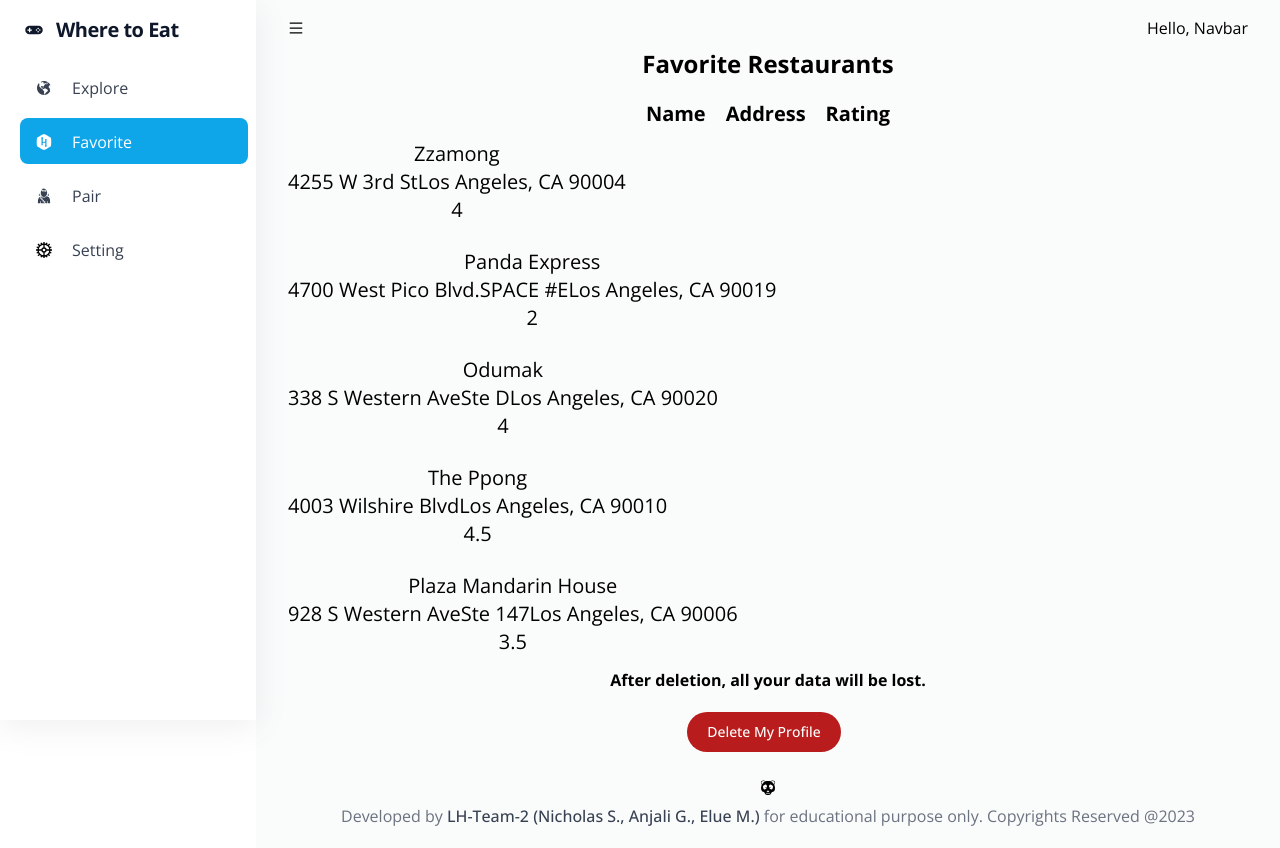
Repository: n-shen/where-to-eat
Page: /favorite (app in client/)
The author's editor kept a copy of each file at every save. The page is drawn from the files as they stood at one save, then again after the next save.
The browser window is 1280 px wide. The pictures show the whole page.
The page's requests for data from a server got no answer. The project was rebuilt for these pictures with package versions that can differ from the ones it lists, and the page was loaded fresh each time. No one was signed in, and anything a server would have sent is missing. Also part of the build but not shown: client/src/data/cities.js, client/src/components/SearchForm.jsx, client/src/components/SearchResult.jsx, client/src/components/room.jsx, client/src/components/Room/Chat.jsx, client/src/components/Room/Selection.jsx, client/src/components/Room/Intro.jsx, client/src/components/Room/Game.jsx and 5 more.

Above is the page before, as saved 2023-05-05 20:05:50.

### client/src/index.js
import React from "react";
import ReactDOM from "react-dom/client";
import "./index.css";
import App from "./App";
import { ContextProvider } from "./contexts/ContextProvider";

const root = ReactDOM.createRoot(document.getElementById("root"));
root.render(
  <ContextProvider>
    <App />
  </ContextProvider>
);

### client/src/index.css
@import url('https://fonts.googleapis.com/css2?family=Open+Sans:wght@400;500;600;700&display=swap');

body {
  margin: 0;
  padding:0;
  font-family: "Open Sans", sans-serif;
}

@tailwind base;
@tailwind components;
@tailwind utilities;

### client/src/App.js
import React, { useEffect } from "react";
import { BrowserRouter, Routes, Route } from "react-router-dom";

import { Navbar, Sidebar, RoomPage } from "./components";
import {Favorite, Home} from "./pages";

import { useStateContext } from "./contexts/ContextProvider";
import "./App.css";

// import axios from "axios";

function App() {
  const { shared_info, activeMenu } = useStateContext();

  // const baseURL = shared_info.baseURL;

  return (
      <div>
        <BrowserRouter>
          <div className="flex relative dark:bg-main-dark-bg">
            {activeMenu ? (
                <div className="w-64 fixed sidebar dark:bg-secondary-dark-bg bg-white">
                  <Sidebar />
                </div>
            ) : (
                <div className="w-0 dark:bg-secondary-dark-bg">
                  <Sidebar />
                </div>
            )}

            <div
                className={`dark:bg-main-bg bg-main-bg min-h-screen w-full ${
                    activeMenu ? "md:ml-64" : " flex-2"
                }`}
            >
              <div className="fixed md:static bg-main-bg dark:bg-main-dark-bg navbar w-full">
                <Navbar />
              </div>

              <div>
                <Routes>
                  <Route path="/" element={<Home />}></Route>
                  <Route path="/favorite" element={<Favorite />}></Route>
                  <Route path="/room" element={<RoomPage />}></Route>
                </Routes>
              </div>
            </div>
          </div>
        </BrowserRouter>
      </div>
  );
}

export default App;

### client/src/contexts/ContextProvider.jsx
import React, { createContext, useContext, useState } from "react";
import { io } from "socket.io-client";

const StateContext = createContext();

const shared_info = {
  serverURL: "http://localhost:8080",
  apiURL: "http://localhost:8080/api/v1",
};

const socket = io(shared_info.serverURL);

export const ContextProvider = ({ children }) => {
  const [screenSize, setScreenSize] = useState(undefined);
  const [activeMenu, setActiveMenu] = useState(true);
  const [userProfile, setUserProfile] = useState(undefined);
  const [gameBegin, setGameBegin] = useState(false);
  const [gameIntroBegin, setGameIntroBegin] = useState(false);
  const [selectionBegin, setSelectionBegin] = useState(false);
  const [waiting, setWaiting] = useState(false);
  const [partnerReady, setPartnerReady] = useState(false);
  const [partnerAction, setPartnerAction] = useState("");
  const [displayCross, setDisplayCross] = useState(false);
  const [displayFinal, setDisplayFinal] = useState("");

  const [localStore, setLocalStore] = useState(null);

  const [queryResults, setQueryResults] = useState(null);

  return (
    <StateContext.Provider
      value={{
        socket,
        shared_info,
        userProfile,
        setUserProfile,
        activeMenu,
        setActiveMenu,
        screenSize,
        setScreenSize,
        selectionBegin,
        setSelectionBegin,
        waiting,
        setWaiting,
        gameIntroBegin,
        setGameIntroBegin,
        gameBegin,
        setGameBegin,
        partnerReady,
        setPartnerReady,
        partnerAction,
        setPartnerAction,
        displayCross,
        setDisplayCross,
        displayFinal,
        setDisplayFinal,
        queryResults,
        setQueryResults,
        localStore,
        setLocalStore,
      }}
    >
      {children}
    </StateContext.Provider>
  );
};

export const useStateContext = () => useContext(StateContext);

### client/src/components/index.js
export { default as Navbar } from "./Navbar";
export { default as Sidebar } from "./Sidebar";
export { default as Footer } from "./Footer";
export { default as SearchForm } from "./SearchForm";
export { default as SearchResult } from "./SearchResult";
export { default as RoomPage } from "./room";
export { default as Room } from "./Room/Room";

### client/src/pages/index.jsx
export { default as Home } from "./Home";
export { default as Favorite } from "./Favorite";

### client/src/App.css
.sidebar {
  box-shadow: rgb(113 122 131 / 11%) 0px 7px 30px 0px;
}
.nav-item,
.navbar {
  z-index: 10000;
}
@media  screen and (max-width:800px) {
  .sidebar{
    z-index: 10000000;
  }
}

.e-dlg-center-center, .e-quick-popup-wrapper.e-device{
  z-index: 1000000 !important;
}

::-webkit-scrollbar {
  width: 6px;
}
::-webkit-scrollbar-thumb {
  background-color: rgb(216, 216, 216);
  border-radius: 40px;
}
::-webkit-scrollbar-track {
  background-color: transparent;
}

/* color-picker style  */

#preview {
  background: transparent
  url('https://ej2.syncfusion.com/react/demos/src/color-picker/images/pen.png')
  no-repeat;
  display: inline-block;
  height: 80px;
  margin: 10px 0;
  min-width: 300px;
  max-width: 600px;
  background-color: #008000;
}

.e-input-group:not(.e-float-icon-left), .e-input-group.e-success:not(.e-float-icon-left), .e-input-group.e-warning:not(.e-float-icon-left), .e-input-group.e-error:not(.e-float-icon-left), .e-input-group.e-control-wrapper:not(.e-float-icon-left), .e-input-group.e-control-wrapper.e-success:not(.e-float-icon-left), .e-input-group.e-control-wrapper.e-warning:not(.e-float-icon-left), .e-input-group.e-control-wrapper.e-error:not(.e-float-icon-left){
  border: none;
}

### client/src/components/Navbar.jsx
import React, { useEffect } from "react";
import { useStateContext } from "../contexts/ContextProvider";
import { AiOutlineMenu } from "react-icons/ai";

const Navbar = () => {
    const { activeMenu, setActiveMenu, setScreenSize, screenSize, userProfile } =
        useStateContext();

    useEffect(() => {
        const handleResize = () => setScreenSize(window.innerWidth);

        window.addEventListener("resize", handleResize);

        handleResize();

        return () => window.removeEventListener("resize", handleResize);
    }, [setScreenSize]);

    useEffect(() => {
        if (screenSize <= 900) {
            setActiveMenu(false);
        } else {
            setActiveMenu(true);
        }
    }, [screenSize, setScreenSize, setActiveMenu]);

    const handleActiveMenu = () => setActiveMenu(!activeMenu);

    return (
        <div className="mt-2 flex justify-between p-2 md:ml-6 md:mr-6 relative">
            <button onClick={handleActiveMenu}>
                <AiOutlineMenu />
            </button>
            <div>
                <p className={screenSize >= 900 ? "" : "text-xs"}>Hello, Navbar</p>
                {userProfile && (
                    <div className="flex items-center gap-2 p-1 rounded-lg text-right">
                        <p className={screenSize >= 900 ? "" : "text-xs"}>
                            <span className="text-gray-400 text-14">Hi,</span>{" "}
                            <span className="text-gray-400 font-bold ml-1 text-14">
                {userProfile["name"]}
              </span>{" "}
                            <span className="text-gray-400 text-14">from</span>
                            <span className="text-gray-400 font-bold ml-1 text-14">
                {userProfile["city"]}
              </span>{" "}
                        </p>
                    </div>
                )}
            </div>
        </div>
    );
};

export default Navbar;

### client/src/components/Sidebar.jsx
import React from "react";
import { Link, NavLink } from "react-router-dom";
import { GiEarthAmerica, GiFrankensteinCreature } from "react-icons/gi";
import { GrSettingsOption } from "react-icons/gr";
import { IoLogoGameControllerA } from "react-icons/io";
import { FaHackerrank } from "react-icons/fa";
import { MdOutlineCancel } from "react-icons/md";
import { useStateContext } from "../contexts/ContextProvider";

const Sidebar = () => {
    const { activeMenu, setActiveMenu, screenSize } = useStateContext();

    const handleCloseSideBar = () => {
        if (activeMenu !== undefined && screenSize <= 900) {
            setActiveMenu(false);
        }
    };

    const activeLink =
        "flex items-center gap-5 pl-4 pt-3 pb-2.5 rounded-lg text-white text-md m-2 bg-sky-500/100";
    const normalLink =
        "flex items-center gap-5 pl-4 pt-3 pb-2.5 rounded-lg text-md text-gray-700 dark:text-gray-200 dark:hover:text-black hover:bg-light-gray m-2";

    return (
        <div className="ml-3 h-screen md:overflow-hidden overflow-auto md:hover:overflow-auto pb-10">
            {activeMenu && (
                <>
                    <div className="flex justify-between items-center">
                        <Link
                            to="/"
                            onClick={handleCloseSideBar}
                            className="items-center gap-3 ml-3 mt-4 flex text-xl font-extrabold tracking-tight dart:text-white text-slate-900"
                        >
                            <IoLogoGameControllerA />
                            <span>Where to Eat</span>
                        </Link>

                        <div>
                            <button
                                type="button"
                                onClick={() => setActiveMenu(!activeMenu)}
                                className="text-xl rounded-full p-3 hover:bg-light-gray mt-4 block md:hidden"
                            >
                                <MdOutlineCancel />
                            </button>
                        </div>
                    </div>
                    <div className="mt-5">
                        <NavLink
                            to="/"
                            key="Home"
                            onClick={handleCloseSideBar}
                            className={({ isActive }) => (isActive ? activeLink : normalLink)}
                        >
                            <GiEarthAmerica />
                            <span>Explore</span>
                        </NavLink>

                        <NavLink
                            to="/favorite"
                            key="Favorite"
                            onClick={handleCloseSideBar}
                            className={({ isActive }) => (isActive ? activeLink : normalLink)}
                        >
                            <FaHackerrank />
                            <span>Favorite</span>
                        </NavLink>

                        <NavLink
                            to="/room"
                            key="RoomPage"
                            onClick={handleCloseSideBar}
                            className={({ isActive }) => (isActive ? activeLink : normalLink)}
                        >
                            <GiFrankensteinCreature />
                            <span>Pair</span>
                        </NavLink>

                        <NavLink
                            to="/setting"
                            key="Setting"
                            onClick={handleCloseSideBar}
                            className={({ isActive }) => (isActive ? activeLink : normalLink)}
                        >
                            <GrSettingsOption />
                            <span>Setting</span>
                        </NavLink>
                    </div>
                </>
            )}
        </div>
    );
};

export default Sidebar;

### client/src/components/Footer.jsx
import React from "react";
import { GiPanda } from "react-icons/gi";

const Footer = () => {
    return (
        <div className="mt-5 mb-5 ">
            <div className="flex justify-center mb-2">
                <GiPanda />
            </div>

            <p className="text-center text-gray-500 dark:text-gray-400">
                Developed by{" "}
                <span className="font-medium text-gray-700 dark:text-blue-500 hover:no-underline">
          LH-Team-2 (Nicholas S., Anjali G., Elue M.)
        </span>{" "}
                for educational purpose only. Copyrights Reserved @2023
            </p>
        </div>
    );
};

export default Footer;

### client/src/pages/Favorite.jsx
import React, { useState } from "react";
import { useStateContext } from "../contexts/ContextProvider";
import { Footer } from "../components";
import axios from "axios";

export const restaurants = [
  {
    id: 1,
    name: "Zzamong",
    image:
      "https://s3-media2.fl.yelpcdn.com/bphoto/6AUVIwPCv8wCZ9FYeCfocw/o.jpg",
    address: ["4255 W 3rd St", "Los Angeles, CA 90004"],
    rating: "4",
  },
  {
    id: 2,
    name: "Panda Express",
    image:
      "https://s3-media4.fl.yelpcdn.com/bphoto/44dT6JEXkhMrtUcps1a5jw/o.jpg",
    address: ["4700 West Pico Blvd.", "SPACE #E", "Los Angeles, CA 90019"],
    rating: "2",
  },
  {
    id: 3,
    name: "Odumak",
    image:
      "https://s3-media1.fl.yelpcdn.com/bphoto/hKaezVO6_0F50RXmfH7WBQ/o.jpg",
    address: ["338 S Western Ave", "Ste D", "Los Angeles, CA 90020"],
    rating: "4",
  },
  {
    id: 4,
    name: "The Ppong",
    image:
      "https://s3-media3.fl.yelpcdn.com/bphoto/Li5i5N_Y7VwLTsJvLA2pKw/o.jpg",
    address: ["4003 Wilshire Blvd", "Los Angeles, CA 90010"],
    rating: "4.5",
  },
  {
    id: 5,
    name: "Plaza Mandarin House",
    image:
      "https://s3-media1.fl.yelpcdn.com/bphoto/1nVrf8ItPD0dF_97JGQEzw/o.jpg",
    address: ["928 S Western Ave", "Ste 147", "Los Angeles, CA 90006"],
    rating: "3.5",
  },
];

const Favorite = () => {
  const { shared_info, screenSize, userProfile } = useStateContext();
  const baseURL = shared_info.baseURL;

  return (
    <div className={screenSize >= 900 ? "mt-0" : "mt-16"}>
      <h1 className="text-center font-bold text-2xl mb-5">
        Favorite Restaurants
      </h1>
      <FavoriteList />
      <h2 className="text-center font-bold">
        After deletion, all your data will be lost.
      </h2>
      <div className="flex justify-center">
        <button
          type="button"
          className="mt-5 text-white bg-red-700 hover:bg-red-800 focus:outline-none focus:ring-4 focus:ring-red-300 font-medium rounded-full text-sm px-5 py-2.5 text-center mr-2 mb-2 dark:bg-red-600 dark:hover:bg-red-700 dark:focus:ring-red-900"
        >
          Delete My Profile
        </button>
      </div>

      <Footer />
    </div>
  );
};

export default Favorite;

export const FavoriteList = () => {
  return (
    <div className="">
      <div className="flex flex-wrap items-center justify-center gap-5">
      <h2 className="flex items-center justify-center gap-3 text-xl font-bold text-center">Name</h2>
            <h2 className="flex items-center justify-center gap-3 text-xl font-bold text-center">Address</h2>
            <h2 className="flex items-center justify-center gap-3 text-xl font-bold text-center">Rating</h2>
      </div>
      <div className="flex flex-col items-start justify-center ml-5">
        {restaurants.map((restaurant) => (
          <div
            key={restaurant.id}
            className="flex flex-col items-center justify-center m-3"
          >
            <p
              htmlFor={restaurant.name}
              className="flex items-center justify-center gap-3 text-xl text-center"
            >
              {restaurant.name}
            </p>
            <p
              htmlFor={restaurant.address}
              className="flex items-center justify-center gap-3 text-xl text-center"
            >
              {restaurant.address}
            </p>
            <p
              htmlFor={restaurant.rating}
              className="flex items-center justify-center gap-3 text-xl text-center"
            >
              {restaurant.rating}
            </p>
          </div>
        ))}
      </div>
    </div>
  );
};

### client/tailwind.config.js
/** @type {import('tailwindcss').Config} */
module.exports = {
    content: ["./src/**/*.{js,jsx,ts,tsx}"],
    darkMode: "class",
    theme: {
        fontFamily: {
            display: ["Open Sans", "sans-serif"],
            body: ["Open Sans", "sans-serif"],
        },
        extend: {
            fontSize: {
                14: "14px",
            },
            backgroundColor: {
                "main-bg": "#FAFBFB",
                "main-dark-bg": "#20232A",
                "secondary-dark-bg": "#33373E",
                "light-gray": "#F7F7F7",
                "half-transparent": "rgba(0, 0, 0, 0.5)",
            },
            borderWidth: {
                1: "1px",
            },
            borderColor: {
                color: "rgba(0, 0, 0, 0.1)",
            },
            width: {
                400: "400px",
                760: "760px",
                780: "780px",
                800: "800px",
                1000: "1000px",
                1200: "1200px",
                1400: "1400px",
            },
            height: {
                80: "80px",
            },
            minHeight: {
                590: "590px",
            },
        },
    },
    plugins: [],
};

Loaded but not shown: client/public/index.html (common file)

After the next save:
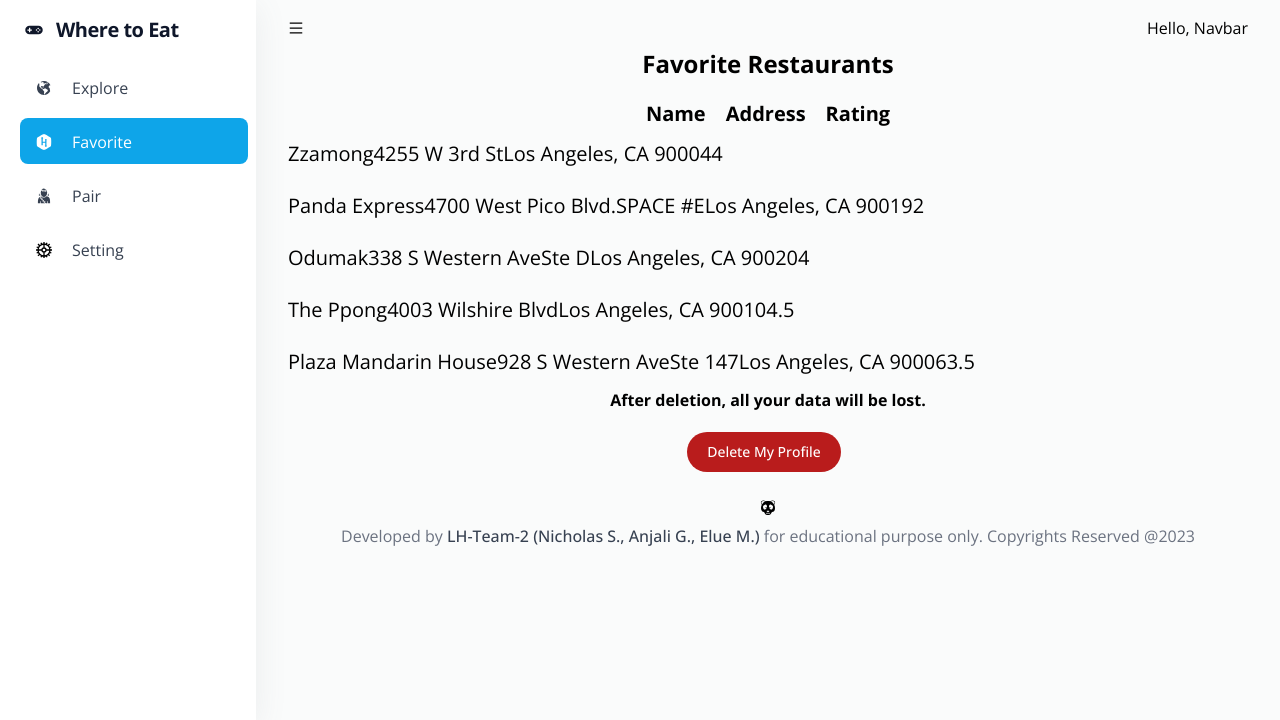
Saved 26 s later.
--- a/client/src/pages/Favorite.jsx
+++ b/client/src/pages/Favorite.jsx
@@ -87,7 +87,7 @@
         {restaurants.map((restaurant) => (
           <div
             key={restaurant.id}
-            className="flex flex-col items-center justify-center m-3"
+            className="flex items-center justify-center m-3"
           >
             <p
               htmlFor={restaurant.name}
